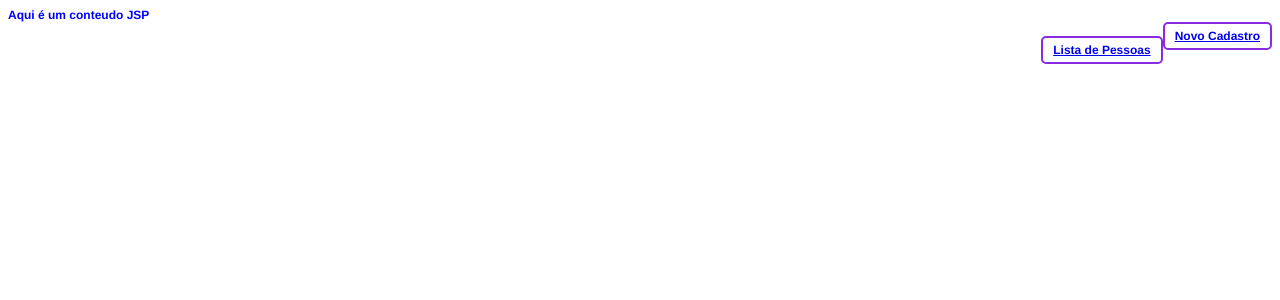
Repository: weristec/form-web
Page: http://localhost/form-cadas-pessoa/
These files come from the project's save history. The page is drawn as it stood at one moment and after the next save; the edit follows.
The browser window is 1280 px wide. The pictures show the whole page.
The page is served by Tomcat 9. Nobody is signed in. The application's start-up code is not run. Other server files are loaded and not shown.

Above is the page before, as saved 2021-08-19 00:53:45.

### form-cadas-pessoa/src/main/webapp/index.jsp
<%@ page language="java" contentType="text/html; charset=UTF-8"
	pageEncoding="UTF-8"%>
<!DOCTYPE html>
<html>
<head>
<meta charset="UTF-8">
<link rel="stylesheet" href="css/estilo.css">
<title>Primeira Página JSP</title>
</head>
<body>
	<%
	String app = request.getParameter("app");
	if (app == null)
		app = "JSP";
	out.print("Aqui é um conteudo " + app);
	%>
	<br>
	<div class="bt">
		<a href="form-cadastro.jsp">Novo Cadastro</a>
	</div>
	<br>
	<div class="bt">
		<a href="listaPessoas.jsp">Lista de Pessoas</a>
	</div>
</body>
</html>

### form-cadas-pessoa/src/main/webapp/css/estilo.css
fieldset {
    width: 50%;
    margin: auto;
    border: 2px solid blueviolet;
}

body {
    font-family: Helvetica, sans-serif;
    font-size: 12px;
    font-weight: bold;
    color: blue;
  }

label,
input,
.classe,
#identificacao {
    display: block;
}

input[type=text], input[type=email], input[type=password], select{
    width: 300px;
}

input, select {
    margin-top: 4px;
    margin-bottom: 4px;
    border: 2px solid blueviolet;
    border-radius: 3px;

}

.larguraTexto{
    height: 20px;
}

.bt {
    border: 2px solid blueviolet;
    background-color: white;
    font-weight: bold;
    color:blueviolet;
    padding: 5px 10px;
    border-radius: 5px;
    float: right;
}
.bt3{
	width: 30px;
	border: 2px solid blueviolet;
    background-color: white;
    font-weight: bold;
    color:blueviolet;
    padding: 5px 10px;
    border-radius: 5px;
}

.bt:hover {
    cursor: pointer;
    background-color: blueviolet;
    color: white;
}

#img-java{
    float: right;
    height: 75px;
    width: 90px;
}

After the next save:
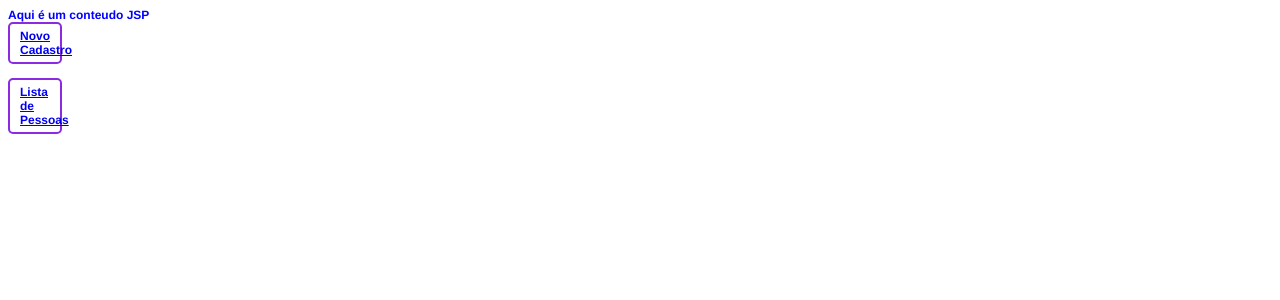
Saved 20 s later.
--- a/form-cadas-pessoa/src/main/webapp/index.jsp
+++ b/form-cadas-pessoa/src/main/webapp/index.jsp
@@ -15,11 +15,11 @@
 	out.print("Aqui é um conteudo " + app);
 	%>
 	<br>
-	<div class="bt">
+	<div class="bt3">
 		<a href="form-cadastro.jsp">Novo Cadastro</a>
 	</div>
 	<br>
-	<div class="bt">
+	<div class="bt3">
 		<a href="listaPessoas.jsp">Lista de Pessoas</a>
 	</div>
 </body>
